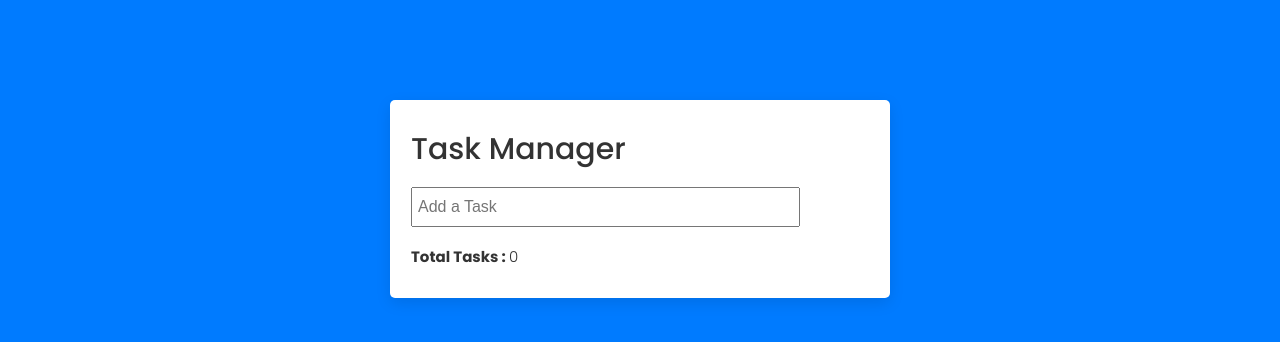
Repository: lucas-andedi/mern-task-manager-app-backend
Page: / (app in frontend/)
The author's editor kept a copy of each file at every save. The page is drawn from the files as they stood at one save, then again after the next save.
The browser window is 1280 px wide. The pictures show the whole page.
The project was rebuilt for these pictures with package versions that can differ from the ones it lists, and the page was loaded fresh each time.

Above is the page before, as saved 2022-11-28 16:32:40.

After the next save:
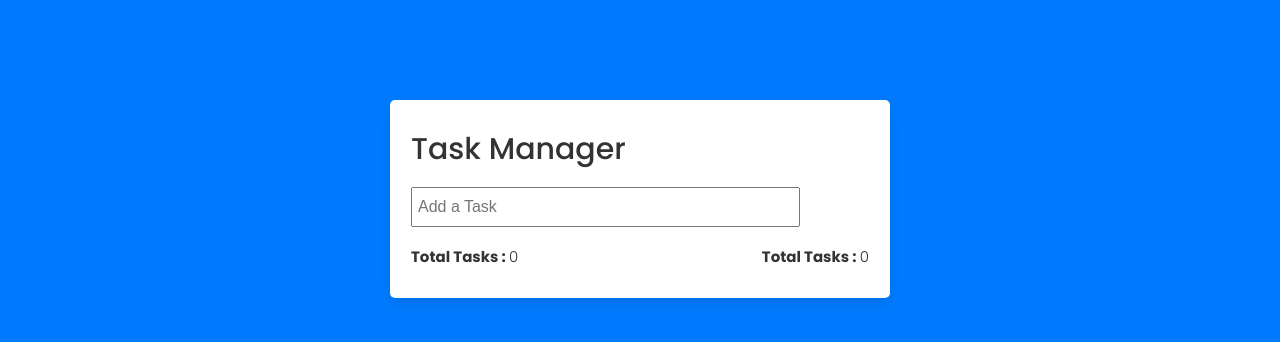
Saved 22 s later.
--- a/frontend/src/components/TaskList.js
+++ b/frontend/src/components/TaskList.js
@@ -10,6 +10,9 @@ const TaskList = () => {
         <p>
           <b>Total Tasks : </b> 0
         </p>
+        <p>
+          <b>Total Tasks : </b> 0
+        </p>
       </div>
     </div>
   )
